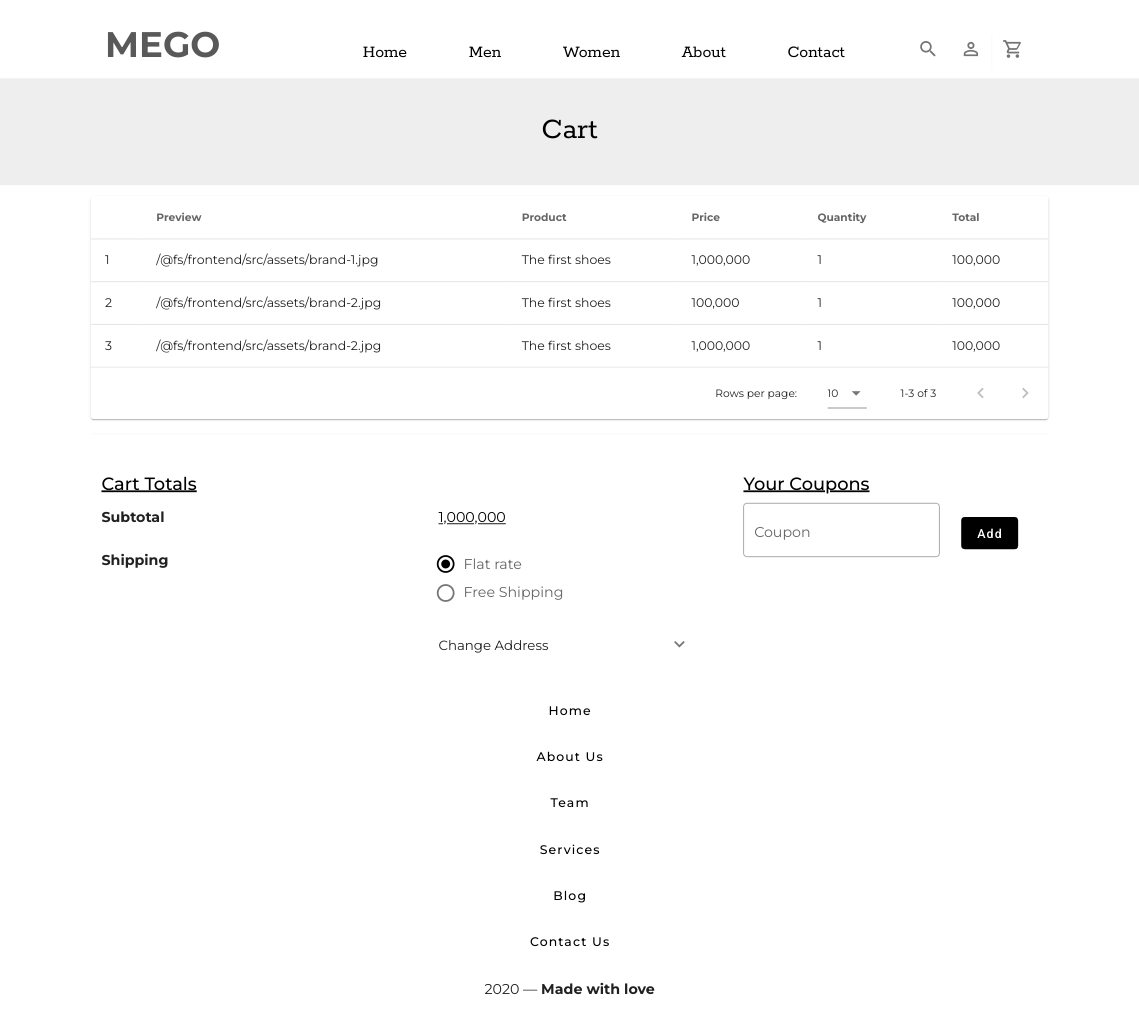
Repository: nguyenphuong152/shoesstore
Page: /cart (app in frontend/)
The author's editor kept a copy of each file at every save. The page is drawn from the files as they stood at one save, then again after the next save.
The browser window is 1280 px wide. The pictures show the whole page, at 89% of full size.
The project was rebuilt for these pictures with package versions that can differ from the ones it lists, and the page was loaded fresh each time. Also part of the build but not shown: frontend/vue.config.js, frontend/src/components/Customer/Collection.vue, frontend/src/components/Customer/Banner.vue, frontend/src/components/Customer/BestSeller.vue, frontend/src/components/Customer/Partner.vue, frontend/src/views/Customer/Home.vue, frontend/src/components/Customer/ProductCategory.vue, frontend/src/components/Customer/ProductView.vue and 10 more. Imported but missing from the stored project, and not drawn on this page: frontend/src/views/Admin/Category.vue, frontend/src/views/Admin/ManageProduct.vue, frontend/src/views/Admin/ManageUser.vue, frontend/src/views/Admin/OrderList.vue.

Above is the page before, as saved 2020-11-28 21:10:54.

After the next save:
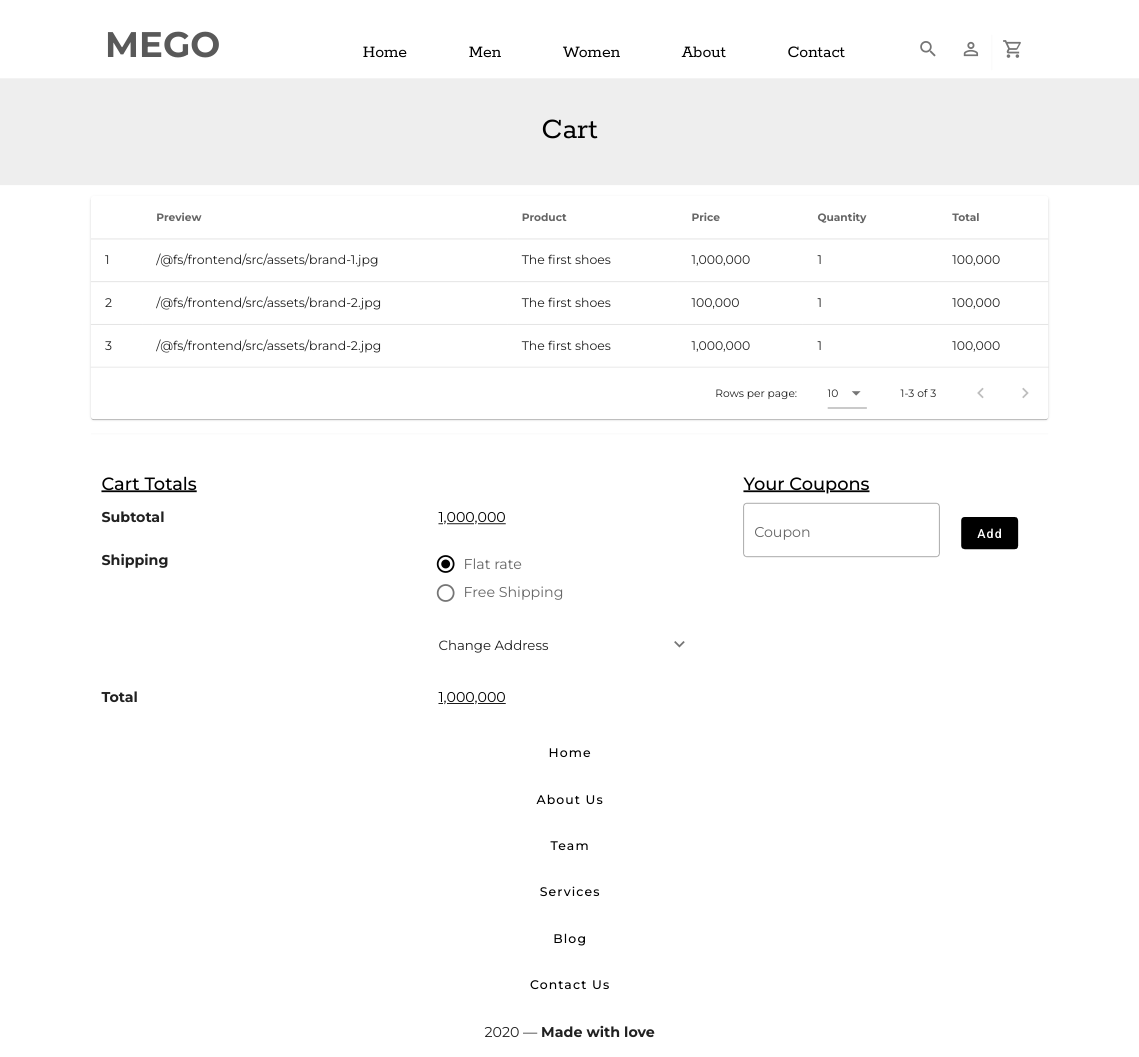
Saved 2 min 29 s later.
--- a/frontend/src/components/Customer/CartTotal.vue
+++ b/frontend/src/components/Customer/CartTotal.vue
@@ -61,6 +61,18 @@
         </v-expansion-panels>
       </v-col>
     </v-row>
+    <v-row>
+       <v-col>
+        <strong> Total</strong>
+      </v-col>
+      <v-col>
+        <a class="pl-6">{{
+          Intl.NumberFormat("en-EN", { maximumSignificantDigits: 3 }).format(
+            1000000
+          )
+        }}</a>
+      </v-col>
+    </v-row>
   </v-container>
 </template>
 
